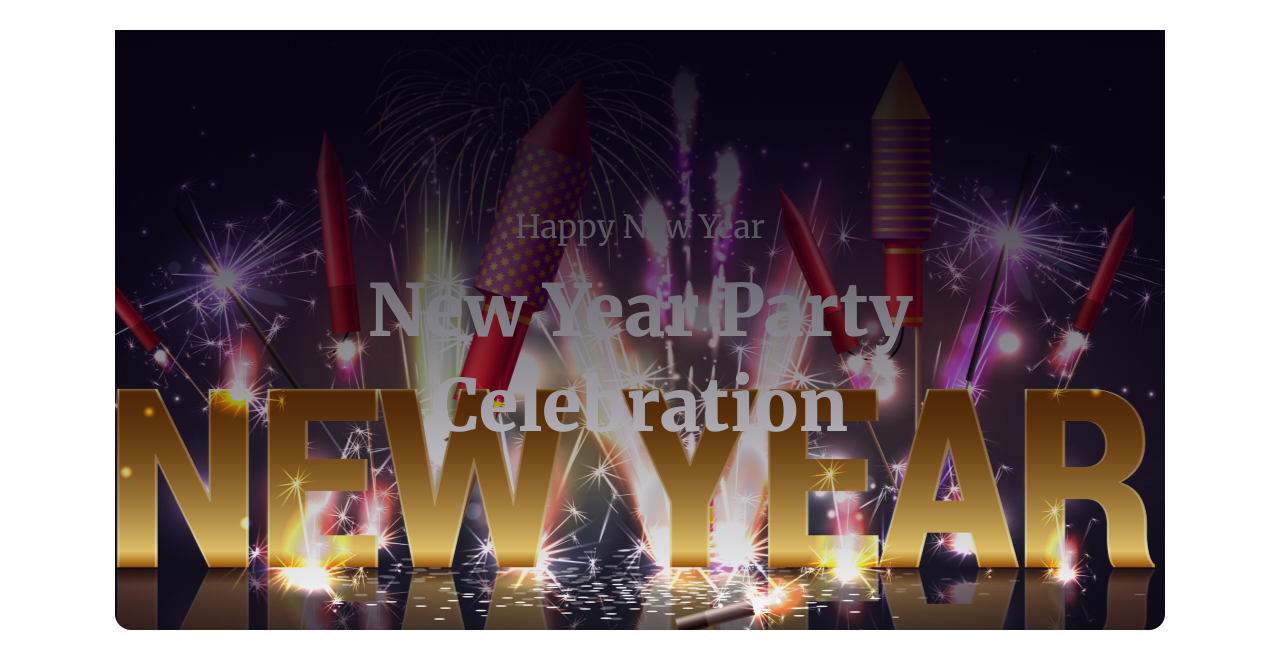
Repository: rahmatahmedrifat/First-Assignment
Page: index.html
The author's editor kept a copy of each file at every save. The page is drawn from the files as they stood at one save, then again after the next save.
The browser window is 1280 px wide. The pictures show the whole page.

Above is the page before, as saved 2024-01-08 00:56:55.

After the next save:
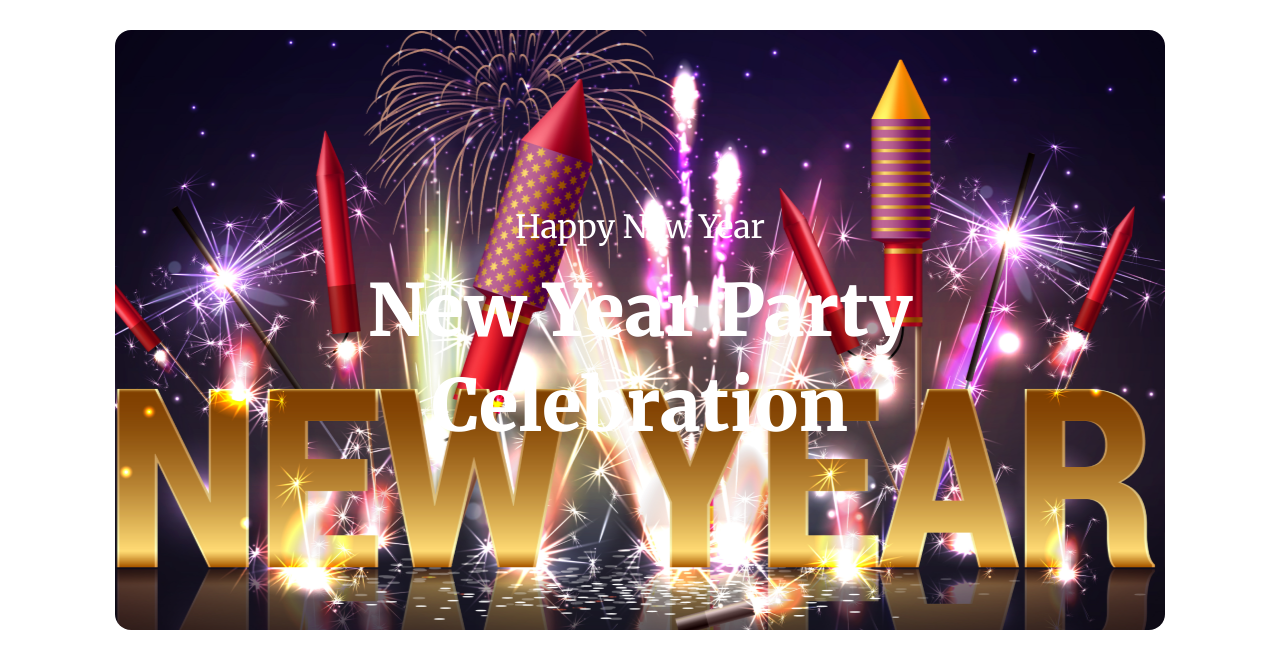
Saved 83 s later.
--- a/Style/style.css
+++ b/Style/style.css
@@ -21,9 +21,8 @@
     background-position: center;
     border-radius: 16px;
     padding: 177px 0px;
-    position: relative;
 }
-.banner-container::after{
+/* .banner-container::after{
     position: absolute;
     content: "";
     top: 0;
@@ -31,7 +30,7 @@
     width: 100%;
     height: 100%;
     background: linear-gradient(180deg, #070211 0%, rgba(7, 2, 17, 0.00) 100%);
-}
+} */
 .banner-container .banner-content{
     width: 632px;
     margin: 0 auto;
